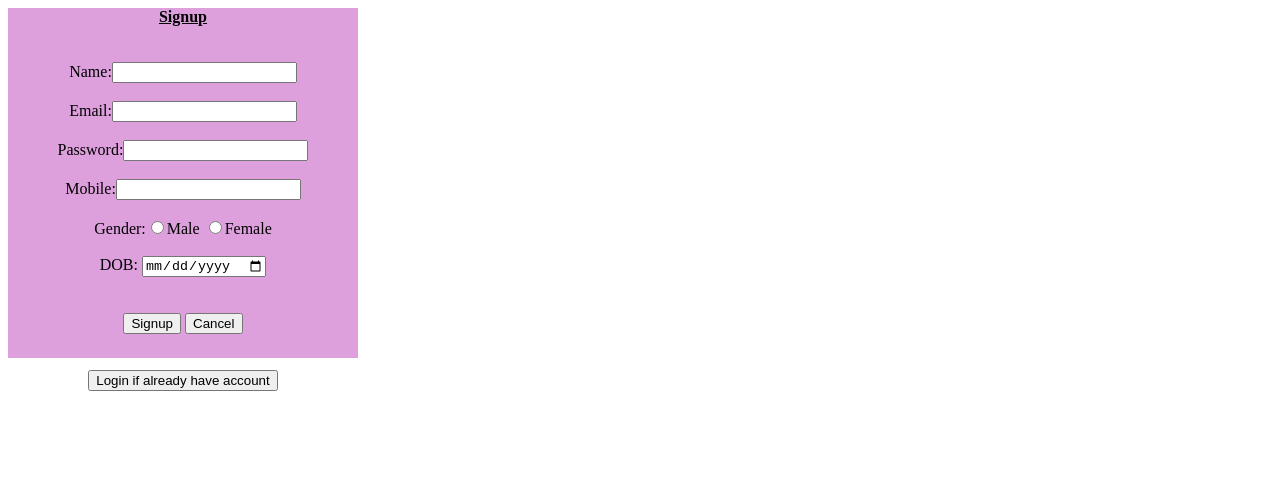
Repository: Spurthiv/todoapp
Page: Servlet_todo_app/src/main/webapp/Signup.html
These files come from the project's save history. The page is drawn as it stood at one moment and after the next save; the edit follows.
The browser window is 1280 px wide. The pictures show the whole page.

Above is the page before, as saved 2023-11-22 07:30:39.

After the next save:
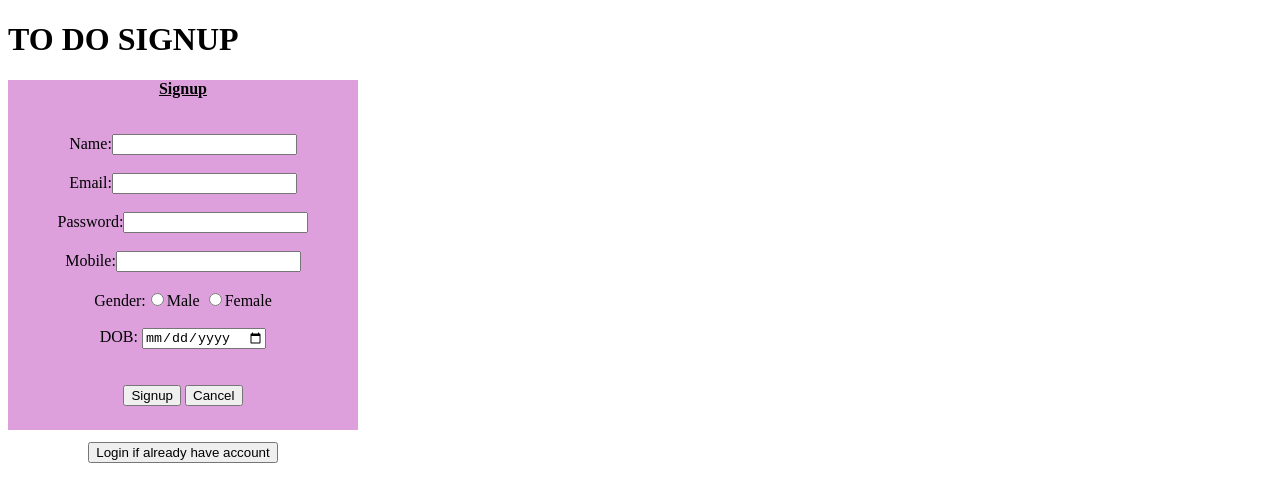
Saved 29 s later.
--- a/Servlet_todo_app/src/main/webapp/Signup.html
+++ b/Servlet_todo_app/src/main/webapp/Signup.html
@@ -17,7 +17,7 @@
     </style>
 </head>
 <body>
-
+<h1>TO DO SIGNUP</h1>
 <form>
         <legend><u><b>Signup</b></u> </legend>
         <br><br>
